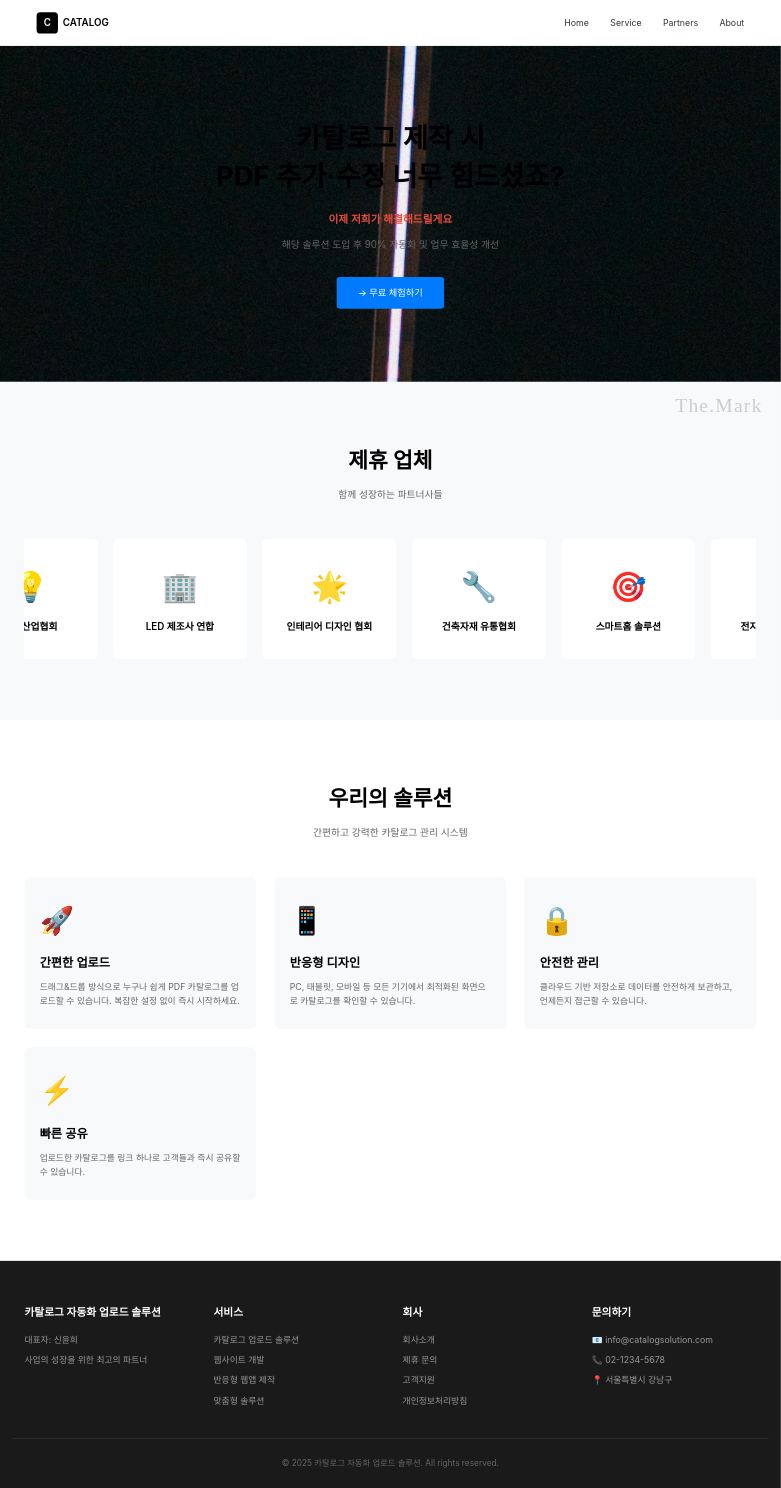
Repository: ororso11/catamaster
Page: index.html
An editor plug-in stored every save of this project. The page is shown before and after the next save, followed by the edit.
The browser window is 1280 px wide. The pictures show the whole page, at 61% of full size.

Above is the page before, as saved 2025-10-04 23:14:11.

### index.html
<!DOCTYPE html>
<html lang="ko">
<head>
    <meta charset="UTF-8">
    <meta name="viewport" content="width=device-width, initial-scale=1.0">
    <title>카탈로그 자동화 업로드 솔루션</title>
    <link rel="stylesheet" href="style.css">
</head>
<body>
    <!-- Header -->
    <header>
        <div class="header-container">
            <div class="logo">
                <div class="logo-icon">C</div>
                <span>CATALOG</span>
            </div>
            <nav id="mainNav">
                <a href="#home">Home</a>
                <a href="#solutions">Service</a>
                <a href="#partners">Partners</a>
                <a href="#contact">About</a>
            </nav>
            <button class="mobile-menu-btn" onclick="toggleMenu()">☰</button>
        </div>
    </header>

    <!-- Hero Section -->
    <section class="hero" id="home">
        <div class="hero-content">
            <h1>카탈로그 제작 시<br>PDF 추가·수정 너무 힘드셨죠?</h1>
            <p class="subtitle">이제 저희가 해결해드릴게요</p>
            <p class="description">해당 솔루션 도입 후 90% 자동화 및 업무 효율성 개선</p>
            <a href="dashboard.html" class="cta-button">무료 체험하기</a>
        </div>
    </section>

    <!-- Partners Section -->
    <section class="partners" id="partners">
        <h2 class="section-title">제휴 업체</h2>
        <p class="section-subtitle">함께 성장하는 파트너사들</p>

        <div class="partners-slider">
            <div class="partners-track">
                <div class="partner-card">
                    <div class="partner-logo">💡</div>
                    <div class="partner-name">조명산업협회</div>
                </div>
                <div class="partner-card">
                    <div class="partner-logo">🏢</div>
                    <div class="partner-name">LED 제조사 연합</div>
                </div>
                <div class="partner-card">
                    <div class="partner-logo">🌟</div>
                    <div class="partner-name">인테리어 디자인 협회</div>
                </div>
                <div class="partner-card">
                    <div class="partner-logo">🔧</div>
                    <div class="partner-name">건축자재 유통협회</div>
                </div>
                <div class="partner-card">
                    <div class="partner-logo">🎯</div>
                    <div class="partner-name">스마트홈 솔루션</div>
                </div>
                <div class="partner-card">
                    <div class="partner-logo">📦</div>
                    <div class="partner-name">전자상거래 플랫폼</div>
                </div>
                <div class="partner-card">
                    <div class="partner-logo">🏭</div>
                    <div class="partner-name">제조업 협회</div>
                </div>
                <div class="partner-card">
                    <div class="partner-logo">🛠️</div>
                    <div class="partner-name">산업용품 유통사</div>
                </div>
                <!-- 복제 -->
                <div class="partner-card">
                    <div class="partner-logo">💡</div>
                    <div class="partner-name">조명산업협회</div>
                </div>
                <div class="partner-card">
                    <div class="partner-logo">🏢</div>
                    <div class="partner-name">LED 제조사 연합</div>
                </div>
                <div class="partner-card">
                    <div class="partner-logo">🌟</div>
                    <div class="partner-name">인테리어 디자인 협회</div>
                </div>
                <div class="partner-card">
                    <div class="partner-logo">🔧</div>
                    <div class="partner-name">건축자재 유통협회</div>
                </div>
            </div>
        </div>
    </section>

    <!-- Solutions Section -->
    <section class="solutions" id="solutions">
        <h2 class="section-title">우리의 솔루션</h2>
        <p class="section-subtitle">간편하고 강력한 카탈로그 관리 시스템</p>

        <div class="solutions-grid">
            <div class="solution-card">
                <div class="solution-icon">🚀</div>
                <h3>간편한 업로드</h3>
                <p>드래그&드롭 방식으로 누구나 쉽게 PDF 카탈로그를 업로드할 수 있습니다. 복잡한 설정 없이 즉시 시작하세요.</p>
            </div>

            <div class="solution-card">
                <div class="solution-icon">📱</div>
                <h3>반응형 디자인</h3>
                <p>PC, 태블릿, 모바일 등 모든 기기에서 최적화된 화면으로 카탈로그를 확인할 수 있습니다.</p>
            </div>

            <div class="solution-card">
                <div class="solution-icon">🔒</div>
                <h3>안전한 관리</h3>
                <p>클라우드 기반 저장소로 데이터를 안전하게 보관하고, 언제든지 접근할 수 있습니다.</p>
            </div>

            <div class="solution-card">
                <div class="solution-icon">⚡</div>
                <h3>빠른 공유</h3>
                <p>업로드한 카탈로그를 링크 하나로 고객들과 즉시 공유할 수 있습니다.</p>
            </div>
        </div>
    </section>

    <!-- Footer -->
    <footer id="contact">
        <div class="footer-content">
            <div class="footer-section">
                <h3>카탈로그 자동화 업로드 솔루션</h3>
                <p>대표자: 신윤희</p>
                <p>사업의 성장을 위한 최고의 파트너</p>
            </div>

            <div class="footer-section">
                <h3>서비스</h3>
                <a href="#solutions">카탈로그 업로드 솔루션</a>
                <a href="#solutions">웹사이트 개발</a>
                <a href="#solutions">반응형 웹앱 제작</a>
                <a href="#solutions">맞춤형 솔루션</a>
            </div>

            <div class="footer-section">
                <h3>회사</h3>
                <a href="#home">회사소개</a>
                <a href="#partners">제휴 문의</a>
                <a href="#contact">고객지원</a>
                <a href="#contact">개인정보처리방침</a>
            </div>

            <div class="footer-section">
                <h3>문의하기</h3>
                <p>📧 info@catalogsolution.com</p>
                <p>📞 02-1234-5678</p>
                <p>📍 서울특별시 강남구</p>
            </div>
        </div>

        <div class="footer-bottom">
            <p>&copy; 2025 카탈로그 자동화 업로드 솔루션. All rights reserved.</p>
        </div>
    </footer>

    <div class="company-badge">The.Mark</div>

    <script src="script.js"></script>
</body>
</html>

### style.css
* {
    margin: 0;
    padding: 0;
    box-sizing: border-box;
}

body {
    font-family: -apple-system, BlinkMacSystemFont, 'Segoe UI', 'Malgun Gothic', sans-serif;
    color: #333;
    line-height: 1.6;
    overflow-x: hidden;
}

/* Header */
header {
    background: white;
    padding: 20px 0;
    box-shadow: 0 1px 0 rgba(0,0,0,0.05);
    position: sticky;
    top: 0;
    z-index: 100;
}

.header-container {
    max-width: 1200px;
    margin: 0 auto;
    padding: 0 20px;
    display: flex;
    justify-content: space-between;
    align-items: center;
}

.logo {
    display: flex;
    align-items: center;
    gap: 8px;
    font-size: 1rem;
    font-weight: 600;
    color: #000;
}

.logo-icon {
    width: 35px;
    height: 35px;
    background: #000;
    border-radius: 6px;
    display: flex;
    align-items: center;
    justify-content: center;
    color: white;
    font-size: 1rem;
}

nav {
    display: flex;
    gap: 35px;
    align-items: center;
}

nav a {
    color: #333;
    text-decoration: none;
    font-size: 0.9rem;
    font-weight: 400;
    transition: color 0.3s;
}

nav a:hover {
    color: #666;
}

.contact-btn {
    background: #000;
    color: white !important;
    padding: 8px 20px;
    border-radius: 5px;
    font-weight: 500;
}

.mobile-menu-btn {
    display: none;
    background: none;
    border: none;
    font-size: 1.5rem;
    cursor: pointer;
}

/* Hero Section */
.hero {
    background: white;
    background-image: url("main.jpg");
    padding: 120px 20px;
    text-align: center;
}

.hero-content {
    max-width: 800px;
    margin: 0 auto;
}

.hero h1 {
    font-size: 2.8rem;
    font-weight: 700;
    margin-bottom: 25px;
    color: #000;
    line-height: 1.4;
}

.hero .subtitle {
    font-size: 1.1rem;
    color: #e74c3c;
    margin-bottom: 15px;
    font-weight: 600;
}

.hero .description {
    font-size: 1rem;
    color: #666;
    margin-bottom: 40px;
}

.cta-button {
    display: inline-block;
    padding: 14px 35px;
    background: #007bff;
    color: white;
    text-decoration: none;
    border-radius: 5px;
    font-weight: 500;
    font-size: 0.95rem;
    transition: background 0.3s;
}

.cta-button:hover {
    background: #0056b3;
}

.cta-button::before {
    content: '→ ';
}

/* Partners Section */
.partners {
    padding: 100px 20px;
    background: #f8f9fa;
    overflow: hidden;
}

.section-title {
    text-align: center;
    font-size: 2.2rem;
    color: #000;
    margin-bottom: 15px;
    font-weight: 700;
}

.section-subtitle {
    text-align: center;
    color: #666;
    margin-bottom: 60px;
    font-size: 1rem;
}

.partners-slider {
    max-width: 1200px;
    margin: 60px auto 0;
    overflow: hidden;
    position: relative;
}

.partners-track {
    display: flex;
    gap: 25px;
    animation: scroll 30s linear infinite;
}

@keyframes scroll {
    0% {
        transform: translateX(0);
    }
    100% {
        transform: translateX(-50%);
    }
}

.partners-track:hover {
    animation-play-state: paused;
}

.partner-card {
    min-width: 220px;
    background: white;
    padding: 40px 25px;
    border-radius: 10px;
    text-align: center;
    transition: all 0.3s;
    flex-shrink: 0;
}

.partner-card:hover {
    box-shadow: 0 5px 20px rgba(0,0,0,0.1);
}

.partner-logo {
    font-size: 3rem;
    margin-bottom: 15px;
}

.partner-name {
    font-weight: 600;
    color: #000;
    font-size: 1rem;
}

/* Solutions Section */
.solutions {
    padding: 100px 20px;
    background: white;
}

.solutions-grid {
    max-width: 1200px;
    margin: 0 auto;
    display: grid;
    grid-template-columns: repeat(3, 1fr);
    gap: 30px;
}

.solution-card {
    background: #f8f9fa;
    padding: 35px 25px;
    border-radius: 10px;
    transition: all 0.3s;
}

.solution-card:hover {
    background: #e9ecef;
}

.solution-icon {
    font-size: 2.8rem;
    margin-bottom: 18px;
}

.solution-card h3 {
    color: #000;
    margin-bottom: 12px;
    font-size: 1.25rem;
    font-weight: 600;
}

.solution-card p {
    color: #666;
    line-height: 1.6;
    font-size: 0.9rem;
}

/* Footer */
footer {
    background: #1a1a1a;
    color: #999;
    padding: 70px 20px 30px;
}

.footer-content {
    max-width: 1200px;
    margin: 0 auto;
    display: grid;
    grid-template-columns: repeat(4, 1fr);
    gap: 40px;
    margin-bottom: 40px;
}

.footer-section h3 {
    margin-bottom: 20px;
    font-size: 1.1rem;
    color: white;
    font-weight: 600;
}

.footer-section p,
.footer-section a {
    color: #999;
    text-decoration: none;
    display: block;
    margin-bottom: 10px;
    font-size: 0.9rem;
    transition: color 0.3s;
}

.footer-section a:hover {
    color: white;
}

.footer-bottom {
    text-align: center;
    padding-top: 30px;
    border-top: 1px solid #333;
    color: #666;
    font-size: 0.85rem;
}

.company-badge {
    position: fixed;
    bottom: 30px;
    right: 30px;
    font-size: 2rem;
    color: #ccc;
    font-weight: 300;
    letter-spacing: 2px;
    font-family: serif;
}

/* Mobile Responsive */
@media (max-width: 768px) {
    nav {
        display: none;
        position: absolute;
        top: 75px;
        left: 0;
        right: 0;
        background: white;
        flex-direction: column;
        padding: 20px;
        box-shadow: 0 5px 20px rgba(0,0,0,0.1);
    }

    nav.active {
        display: flex;
    }

    .mobile-menu-btn {
        display: block;
    }

    .hero h1 {
        font-size: 1.8rem;
    }

    .solutions-grid {
        grid-template-columns: 1fr;
    }

    .footer-content {
        grid-template-columns: 1fr;
    }

    .company-badge {
        display: none;
    }
}

### script.js
function toggleMenu() {
    const nav = document.getElementById('mainNav');
    nav.classList.toggle('active');
}

document.querySelectorAll('a[href^="#"]').forEach(anchor => {
    anchor.addEventListener('click', function (e) {
        e.preventDefault();
        const target = document.querySelector(this.getAttribute('href'));
        if (target) {
            target.scrollIntoView({
                behavior: 'smooth',
                block: 'start'
            });
            document.getElementById('mainNav').classList.remove('active');
        }
    });
});

After the next save:
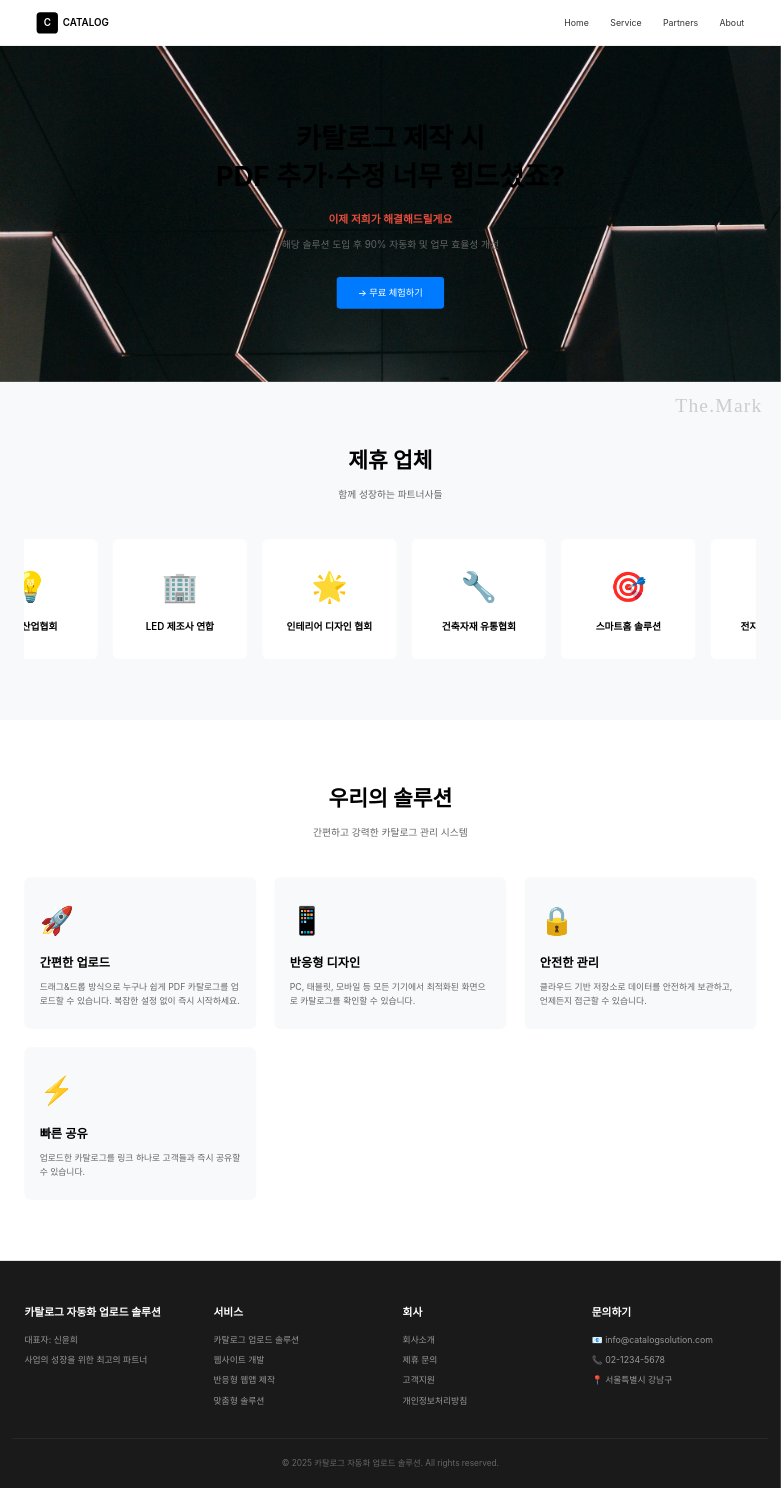
Saved 55 s later.
--- a/style.css
+++ b/style.css
@@ -87,11 +87,16 @@ nav a:hover {
 
 /* Hero Section */
 .hero {
-    background: white;
-    background-image: url("main.jpg");
+    background-image: url("main.jpg"); /* 배경 이미지 경로 */
+    background-size: cover;           /* 화면 꽉 채우기 */
+    background-position: center;      /* 가운데 정렬 */
+    background-repeat: no-repeat;     /* 반복 제거 */
     padding: 120px 20px;
     text-align: center;
-}
+    color: white;                     /* 글씨가 잘 보이게 */
+    position: relative;               /* 오버레이 효과 줄 때 필요 */
+}
+
 
 .hero-content {
     max-width: 800px;
